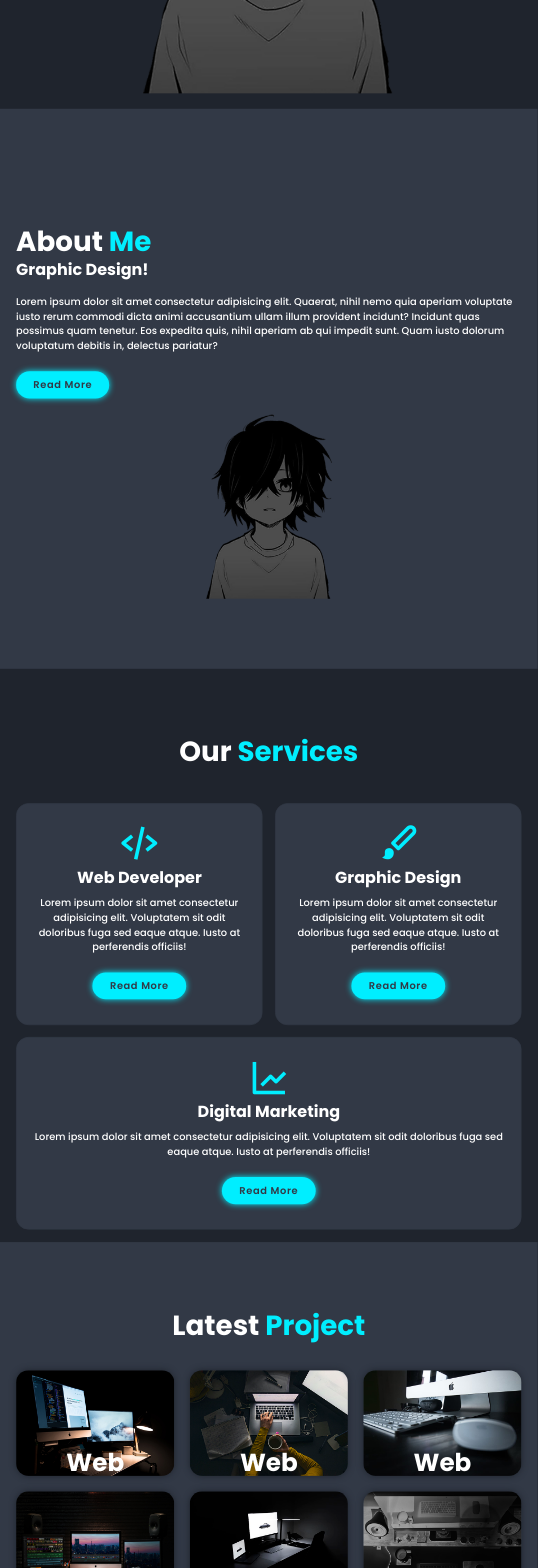
Repository: nguyenthethuan2004/portfolio
Page: index.html
These files come from the project's save history. The page is drawn as it stood at one moment and after a run of saves; the edit follows.
The browser window is 768 px wide. The pictures show the part of the page from y = 839 to 3079 px (the page is 4280 px tall before and 4428 px after), at 70% of full size.

Above is the page before, as saved 2023-10-03 19:14:38.
Console error: ReferenceError: navbar is not defined

After the next 4 saves:
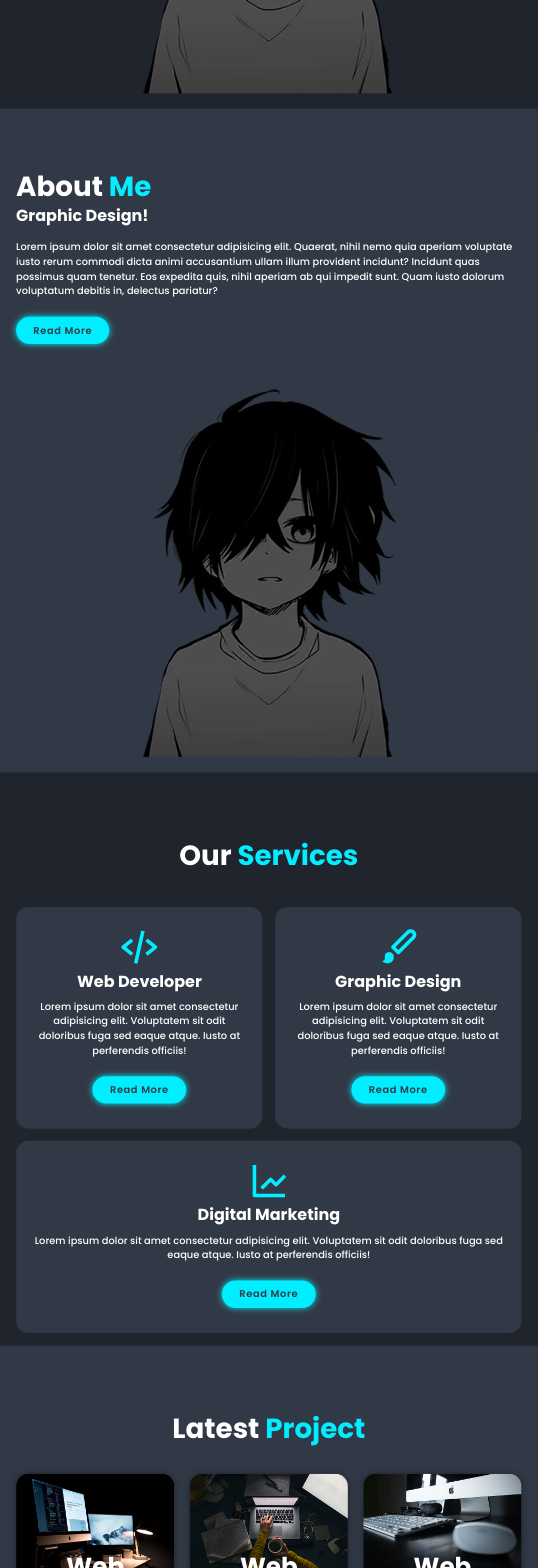
The 4 saves are shown as one change because they came seconds apart.
The last was saved 12 s later.
--- a/css/style.css
+++ b/css/style.css
@@ -442,6 +442,7 @@ span {
     }
 
     .about img {
-
-    }
-}
+        width: 70vw;
+        margin-top: 4rem;
+    }
+}
